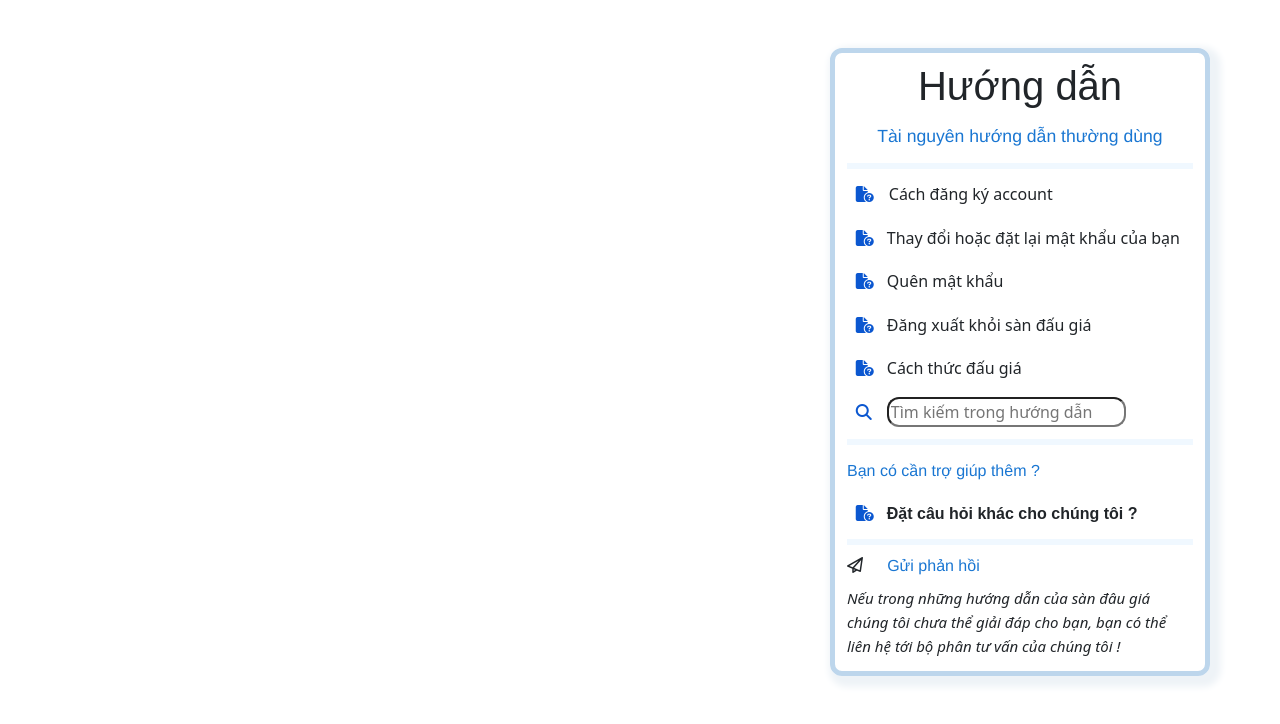
Repository: SonPhamThe/C0622G1-module5
Page: prototype--module6/guide/guide.html
The author's editor kept a copy of each file at every save. The page is drawn from the files as they stood at one save, then again after the next save.
The browser window is 1280 px wide. The pictures show the whole page.
Some web libraries are served in a nearby version.

Above is the page before, as saved 2022-12-07 15:39:30.

After the next save:
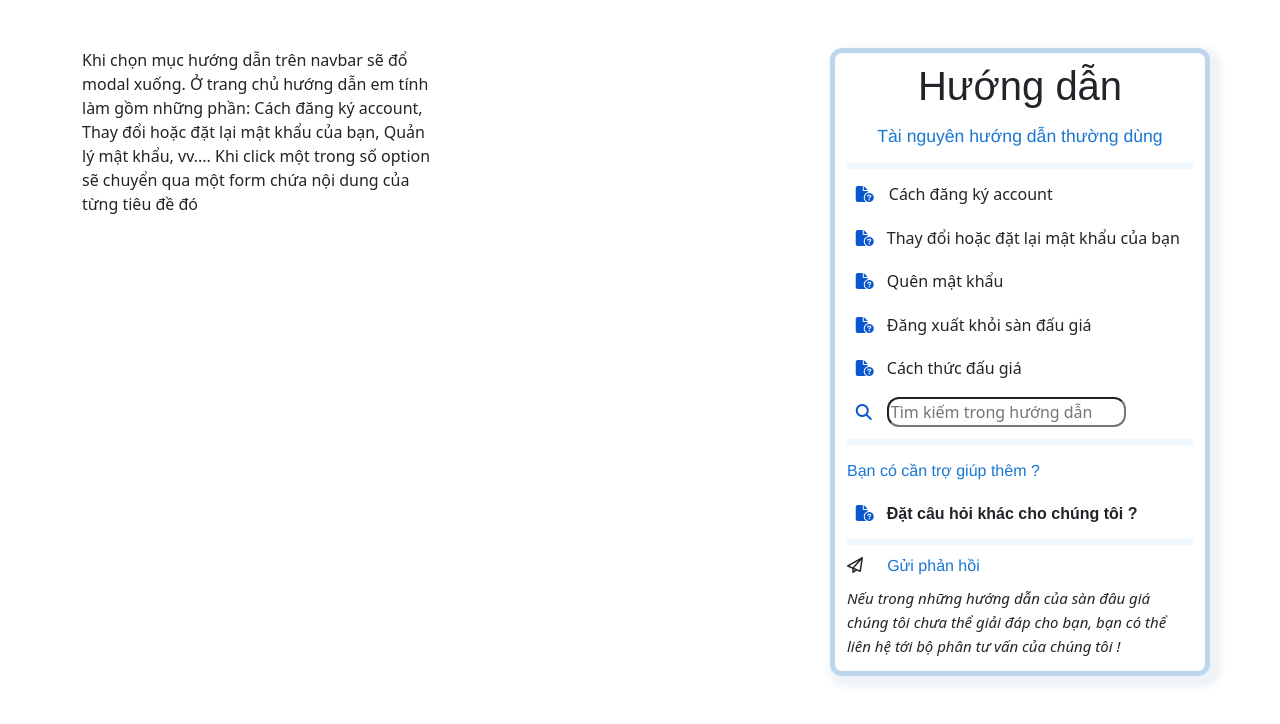
Saved 8 s later.
--- a/prototype--module6/guide/guide.html
+++ b/prototype--module6/guide/guide.html
@@ -36,12 +36,12 @@
     <div class="container mb-5 mt-5">
       <div class="row">
         <div class="col-lg-4">
-          <!--Khi chọn mục hướng dẫn trên navbar sẽ đổ modal xuống. Ở trang chủ hướng dẫn em tính làm gồm những phần:
+          Khi chọn mục hướng dẫn trên navbar sẽ đổ modal xuống. Ở trang chủ hướng dẫn em tính làm gồm những phần:
       Cách đăng ký account,
       Thay đổi hoặc đặt lại mật khẩu của bạn,
       Quản lý mật khẩu, vv....
       Khi click một trong số option sẽ chuyển qua một form chứa nội dung của từng tiêu đề đó
-     -->
+
         </div>
         <div class="col-lg-4"></div>
         <div class="boxed col-lg-4 shadow-md" style="height: 100% !important">
